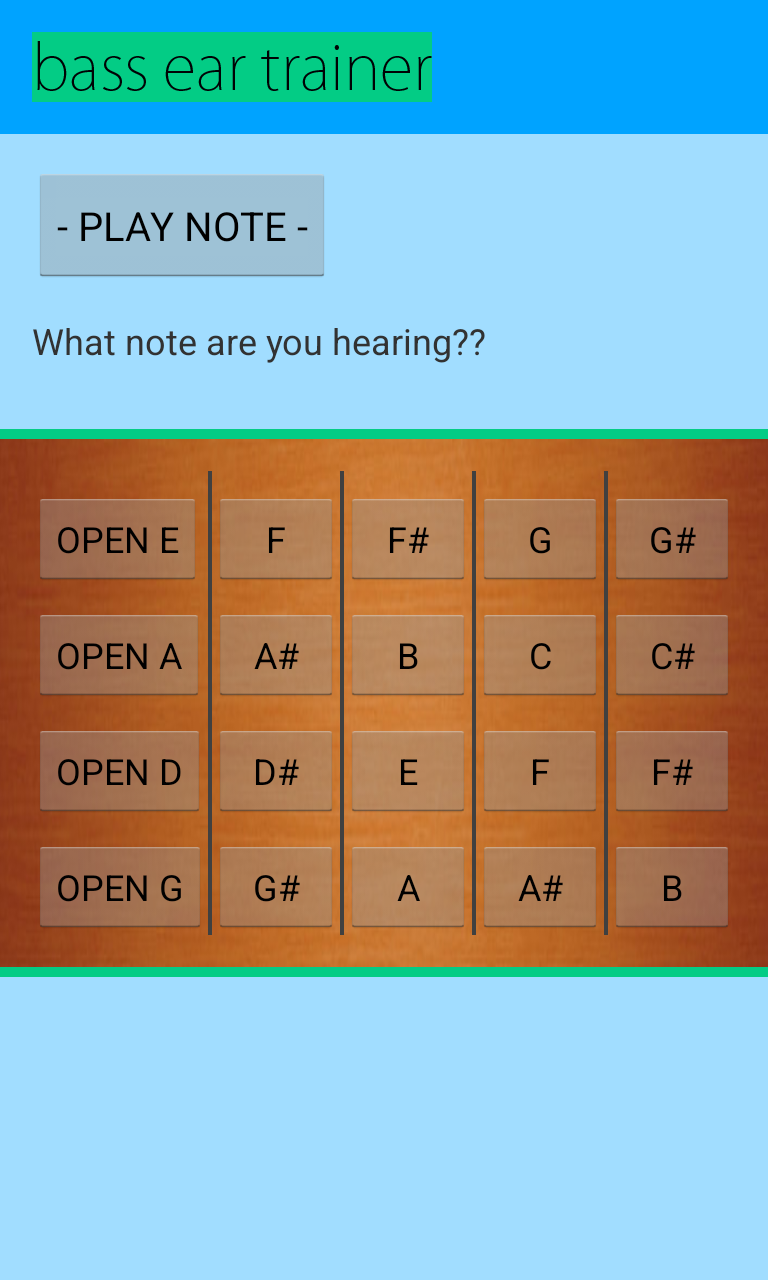
Repository: elliott-ribner/android-guitar-trainer
Layout: randomnotegenerator/res/layout/activity_main.xml
An editor plug-in stored every save of this project. The layout is shown before and after the next save, followed by the edit.
It is drawn on a 768 x 1280 px phone screen (xhdpi) without system bars, with theme AppTheme; the app's code is not run.

Above is the layout before, as saved 2014-06-15 19:08:07.

After the next save:
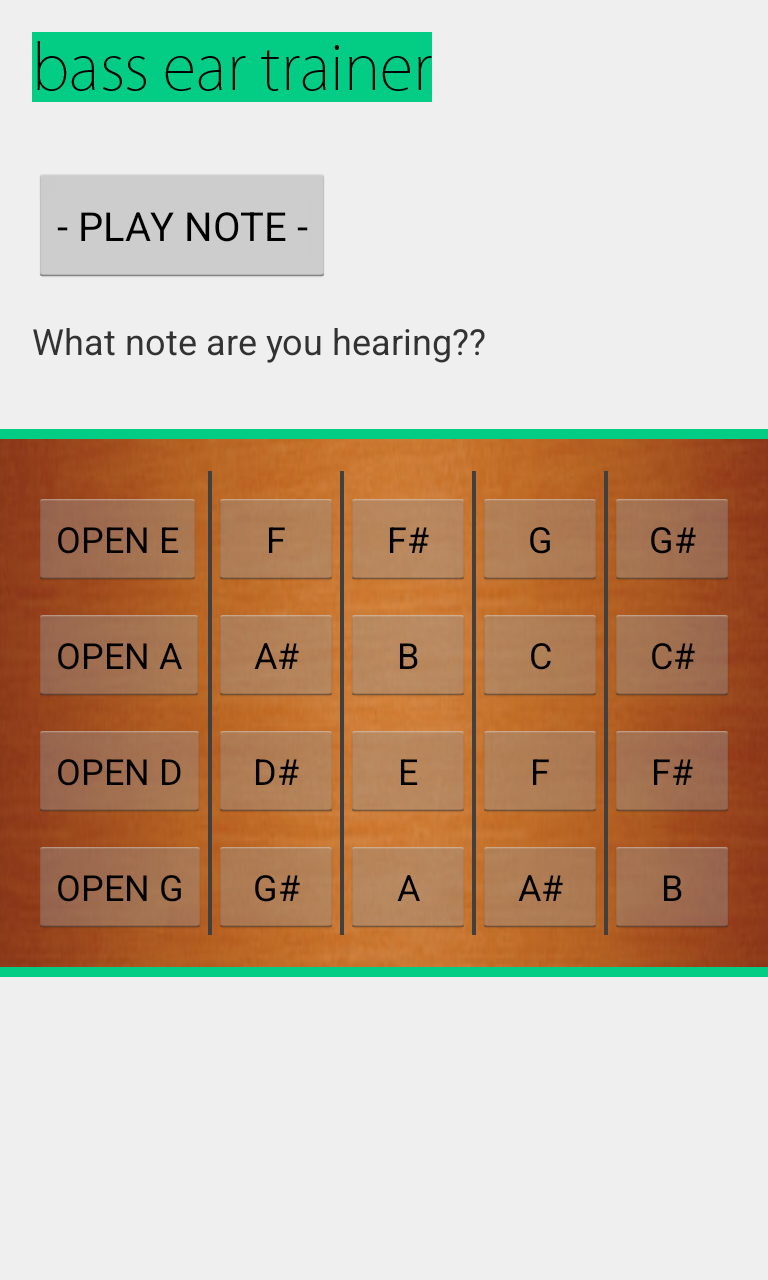
Saved 72 s later.
--- a/randomnotegenerator/res/layout/activity_main.xml
+++ b/randomnotegenerator/res/layout/activity_main.xml
@@ -2,14 +2,14 @@
     xmlns:tools="http://schemas.android.com/tools"
     android:layout_width="match_parent"
     android:layout_height="match_parent"
-    android:background="#A1DDFF"
+    android:background="#efefef"
     android:orientation="vertical"
     tools:context="com.elliott.randomnotegenerator.MainActivity$PlaceholderFragment" >
 
     <LinearLayout
         android:layout_width="fill_parent"
         android:layout_height="wrap_content"
-        android:background="#00A3FF"
+        android:background="343434"
         android:paddingBottom="@dimen/activity_vertical_margin"
         android:paddingLeft="@dimen/activity_horizontal_margin"
         android:paddingRight="@dimen/activity_horizontal_margin"
